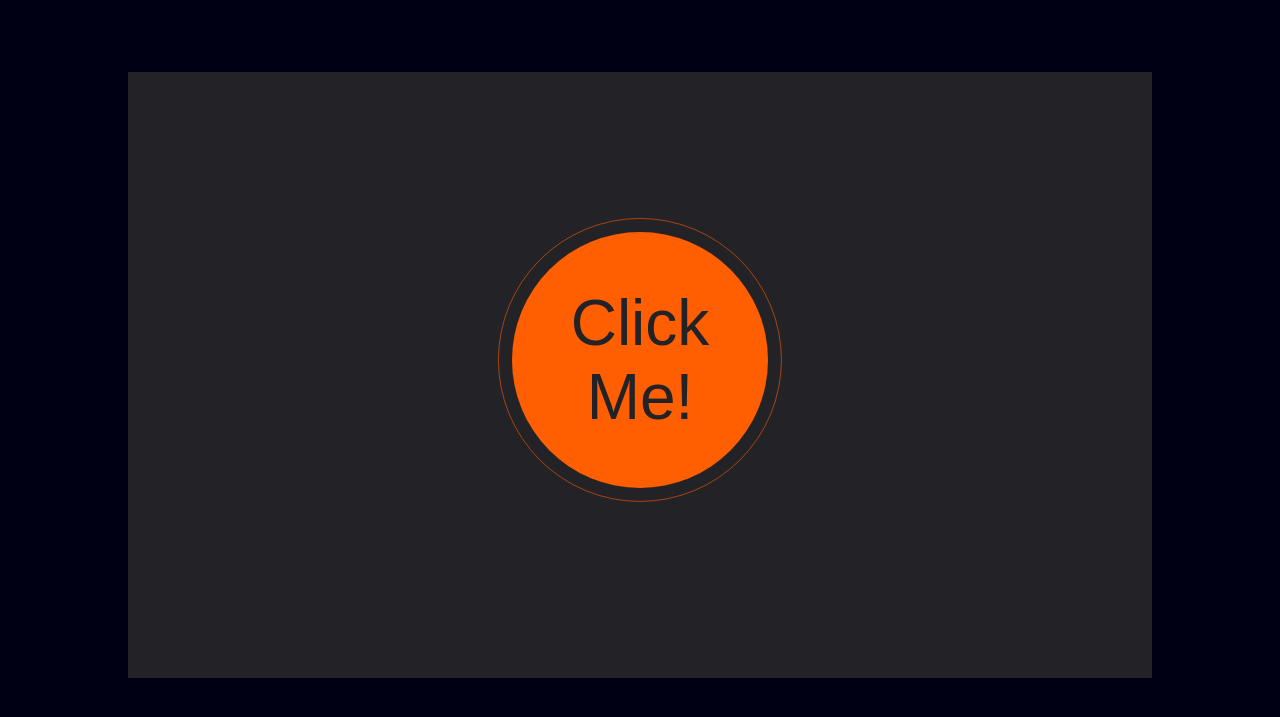
Repository: Francois-QUICODE/CSS-Micro-Projects
Page: Projects/02-Pulsating-Button.html
An editor plug-in stored every save of this project. The page is shown before and after the next save, followed by the edit.
The browser window is 1280 px wide. The pictures show the whole page.
Some web fonts or font styles are not loaded; a fallback is used.

Above is the page before, as saved 2020-11-29 14:27:43.

### Projects/02-Pulsating-Button.html
<!DOCTYPE html>
<html lang="fr">
  <head>
    <meta charset="UTF-8" />
    <title>Pulsating Button</title>
  </head>
  <body>
    <div class="container">
      <button class="pulsating-button">Click Me!</button>
      <div class="pulsation"></div>
    </div>
    <style>
      @import url("https://fonts.googleapis.com/css2?family=Alatsi&display=swap");

      body {
        background-color: #000014;
        width: 80vw;
        max-width: 1024px;
        margin: auto;
        color: #e5e1e1;
        padding-top: 10vh;
        font-family: "Alatsi", sans-serif;
      }

      .container {
        background-color: #222227;
        padding: 15px;
        display: flex;
        height: 80vh;
      }

      .pulsating-button,
      .pulsation {
        position: absolute;
        top: 50%;
        left: 50%;
        transform: translate(-50%, -50%);
        border-radius: 50%;
        font-size: 5vw;
        width: 20vw;
        height: 20vw;
        border: none;
        background-color: #ff5f00;
        color: #222227;
      }

      .pulsating-button {
        z-index: 2;
      }

      .pulsation {
        background-color: #222227;
        border: 1px solid #ff5f00;
        z-index: 1;
        animation: pulsating 800ms ease infinite;
      }

      .pulsation:hover {
        animation: none;
      }

      @keyframes pulsating {
        100% {
          width: 25vw;
          height: 25vw;
          border-color: inherit;
        }
      }
    </style>
  </body>
</html>

After the next save:
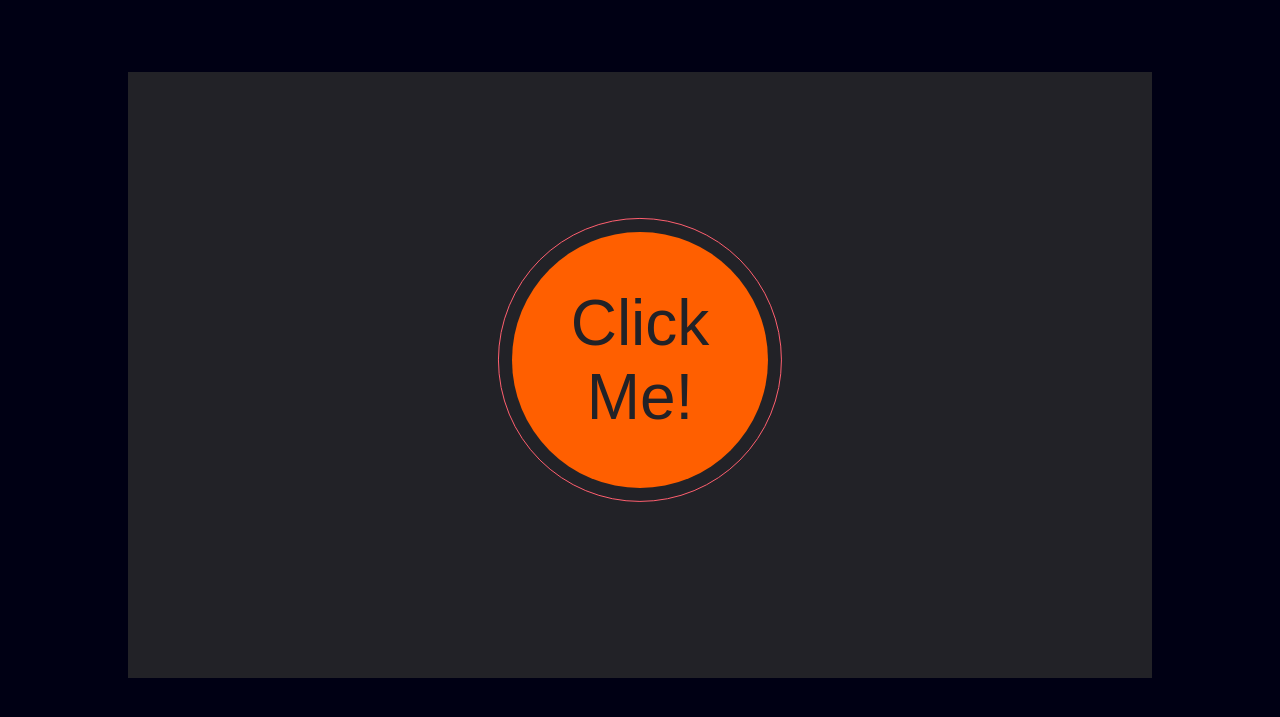
Saved 57 s later.
--- a/Projects/02-Pulsating-Button.html
+++ b/Projects/02-Pulsating-Button.html
@@ -60,6 +60,10 @@
       }
 
       @keyframes pulsating {
+        66% {
+          border-color: #ff5faa;
+        }
+
         100% {
           width: 25vw;
           height: 25vw;
